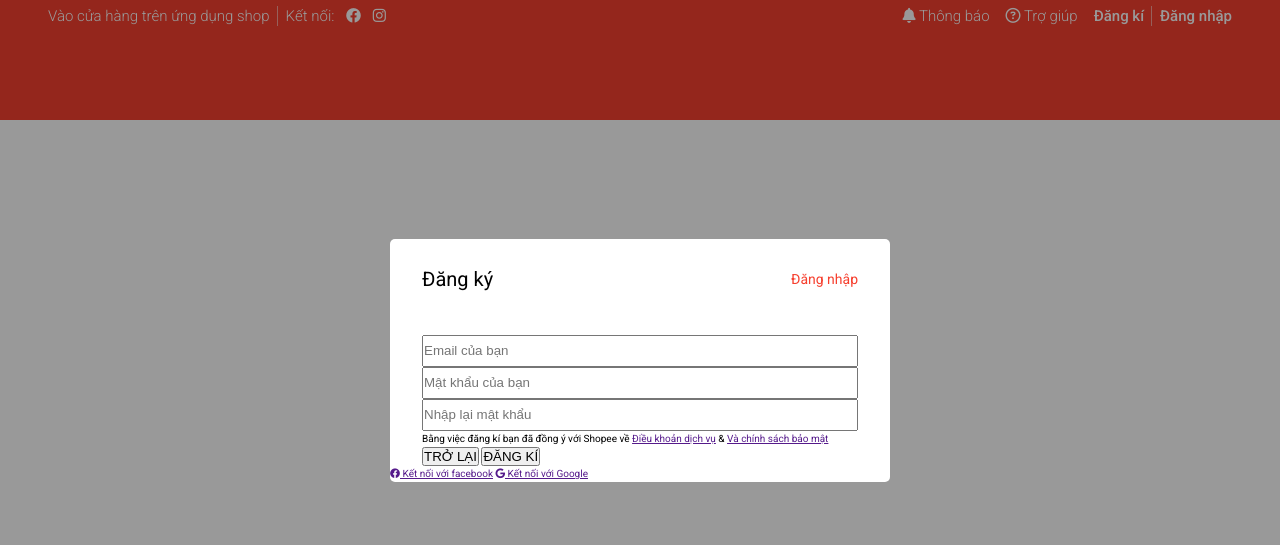
Repository: nguyenhoang2002062929/shoppee
Page: index.html
These files come from the project's save history. The page is drawn as it stood at one moment and after the next save; the edit follows.
The browser window is 1280 px wide. The pictures show the whole page.

Above is the page before, as saved 2023-06-20 10:25:15.

### index.html
<!DOCTYPE html>
<html lang="en">
<head>
    <meta charset="UTF-8">
    <meta name="viewport" content="width=device-width, initial-scale=1.0">
    <title>Document</title>

    <link rel="stylesheet" href="./assets/css/base.css">
    <link rel="stylesheet" href="./assets/css/main.css">
    <link href="https://fonts.googleapis.com/css2?family=Roboto:wght@100;300;400;500;700&display=swap" rel="stylesheet">
    <link rel="stylesheet" href="https://cdnjs.cloudflare.com/ajax/libs/font-awesome/6.4.0/css/all.min.css" integrity="sha512-iecdLmaskl7CVkqkXNQ/ZH/XLlvWZOJyj7Yy7tcenmpD1ypASozpmT/E0iPtmFIB46ZmdtAc9eNBvH0H/ZpiBw==" crossorigin="anonymous" referrerpolicy="no-referrer" />

</head>
<body>
    <div class="app">
        <!-- header -->
        <div class="header">
            <div class="gird">

                <nav class="header__nav">
                    <ul class="header__nav-list">
                        <li class="header__nav-item header__nav-item--separate header__nav-item--hover-qr ">Vào cửa hàng trên ứng dụng shop
                            <!-- header qr code -->
                            <div class="header__qr-code">
                                <img src="./assets/img/qr_code.png" alt="" class="header__qr-code-img">
                                <div class="header__qr-code-app">
                                    <img src="./assets/img/googplay.png" alt="" class="header__app">
                                    <img src="./assets/img/appStore.png" alt="" class="header__app">
                                </div>
                            </div>
                        </li>
                        <li class="header__nav-item">
                            <span>Kết nối:</span>
                            <a href="" class="header_nav-item-icon"> <i class="fab fa-facebook"></i></a>
                            <a href="" class="header_nav-item-icon"> <i class="fab fa-instagram"></i></a>
                        </li>
                    </ul>

                    <ul class="header__nav-list">
                        <li class="header__nav-item header__nav-item--notify "><a class="header__nav-item-link" href=""><i class="fas fa-bell"></i> Thông báo</a>
                           <!-- notify -->
                           <div class="header__notify">
                                <div class="header__notify-header">
                                    <h3 class="notify__title">Thông Báo Mới Nhận</h3>
                                </div>
                                <ul class="notify__list">
                                    <li class="notify__list-item notify__list-item--view">
                                        <img src="https://cf.shopee.vn/file/d52c8e2d6975e3175edda97f317e21cb_tn" alt="" class="notify__list-item-img">
                                        <div class="notify__list-item-text">
                                            <p class="notify__list-item-text-big">Nhanh tay săn ngay mỹ phẩm F8 vào ngày 8/3 để nhận nhiều ưu đãi</p>
                                            <p class="notify__list-item-text-small">Thương hiệu mỹ phẩm đến từ F8, sáng mịn da tự tin ra đường bảo đảm trai bu như kiến hiện đang giảm giá 99% chỉ còn 1k</p>
                                        </div>
                                    </li>
                                    <li class="notify__list-item">
                                        <img src="https://cf.shopee.vn/file/d52c8e2d6975e3175edda97f317e21cb_tn" alt="" class="notify__list-item-img">
                                        <div class="notify__list-item-text">
                                            <p class="notify__list-item-text-big">Nhanh tay săn ngay mỹ phẩm F8 vào ngày 8/3 để nhận nhiều ưu đãi</p>
                                            <p class="notify__list-item-text-small">Thương hiệu mỹ phẩm đến từ F8, sáng mịn da tự tin ra đường bảo đảm trai bu như kiến hiện đang giảm giá 99% chỉ còn 1k</p>
                                        </div>
                                    </li>
                                    <li class="notify__list-item">
                                        <img src="https://cf.shopee.vn/file/d52c8e2d6975e3175edda97f317e21cb_tn" alt="" class="notify__list-item-img">
                                        <div class="notify__list-item-text">
                                            <p class="notify__list-item-text-big">Nhanh tay săn ngay mỹ phẩm F8 vào ngày 8/3 để nhận nhiều ưu đãi</p>
                                            <p class="notify__list-item-text-small">Thương hiệu mỹ phẩm đến từ F8, sáng mịn da tự tin ra đường bảo đảm trai bu như kiến hiện đang giảm giá 99% chỉ còn 1k</p>
                                        </div>
                                    </li>
                                    <li class="notify__list-item notify__list-item--view">
                                        <img src="https://cf.shopee.vn/file/d52c8e2d6975e3175edda97f317e21cb_tn" alt="" class="notify__list-item-img">
                                        <div class="notify__list-item-text">
                                            <p class="notify__list-item-text-big">Nhanh tay săn ngay mỹ phẩm F8 vào ngày 8/3 để nhận nhiều ưu đãi</p>
                                            <p class="notify__list-item-text-small">Thương hiệu mỹ phẩm đến từ F8, sáng mịn da tự tin ra đường bảo đảm trai bu như kiến hiện đang giảm giá 99% chỉ còn 1k</p>
                                        </div>
                                    </li>
                                </ul>
                                <div class="header__notify-footer">Xem tất cả</div>
                            </div>
                        </li>
                        <li class="header__nav-item"><a class="header__nav-item-link" href=""><i class="far fa-question-circle"></i> Trợ giúp</a></li>
                        <li class="header__nav-item header__nav-item--strong header__nav-item--separate">Đăng kí</li>
                        <li class="header__nav-item header__nav-item--strong">Đăng nhập</li>
                    </ul>
                </nav>
            </div>
        </div>

        <!-- container -->
        <div class="container">

        </div>

        <!-- footer -->
        <div class="footer">

        </div>
    </div>

    <!-- modal layout -->
    <div class="modal">
        <div class="modal__overlay"></div>
        <div class="modal__body">
                <!-- Authen form -->
            <div class="auth-form">
                <div class="auth-form__container">
                    <div class="auth-form__header">
                        <h3 class="auth-form__heading">Đăng ký</h3>
                        <span class="auth-form__switch-btn">Đăng nhập</span>
                    </div>
                    <div class="auth-form__form">
                        <div class="auth-form__group">
                            <input type="text" class="auth-form__input" placeholder="Email của bạn">
                        </div>
                        <div class="auth-form__group">
                            <input type="password" class="auth-form__input" placeholder="Mật khẩu của bạn">
                        </div>
                        <div class="auth-form__group">
                            <input type="password" class="auth-form__input" placeholder="Nhập lại mật khẩu">
                        </div>
                    </div>

                    <div class="auth-form__aside">
                        <p class="auth-form__policy-text">Bằng việc đăng kí bạn đã đồng ý với Shopee về
                            <a href="" class="auth-form__policy-link">Điều khoản dịch vụ</a> & <a href="" class="auth-form__policy-link">Và chính sách bảo mật</a>
                        </p>
                    </div>
                <div class="auth-form__controls">
                        <button class="btn">TRỞ LẠI</button>
                        <button class="btn btn--primary">ĐĂNG KÍ</button>
                </div>
                </div>
            <div class="auth-form__social">
                <a href="" class="btn btn--with-icon"><i class="fa-brands fa-facebook"></i> Kết nối với facebook</a>
                <a href="" class="btn btn--with-icon"><i class="fa-brands fa-google"></i> Kết nối với Google</a>
            </div>
            </div>

        </div>
    </div>
</body>
</html>

### assets/css/base.css
:root{
    --white-color: #fff;
    --black-color: #000;
    --text-color: #333;
    --color-main: #f63f2e;
}
*{
    box-sizing: inherit;
    margin: 0;
    padding: 0;
}
html{
    font-size: 62.5%;
    line-height: 1.6rem;
    font-family: 'Roboto', sans-serif;
    box-sizing: border-box;
}
.gird{
    width: 1200px;
    max-width: 1200px;
    margin: 0 auto;
}
.gird__full-width{
    width: 100%;
}
.gird__row{
    display: flex;
    flex-wrap: wrap;
}

### assets/css/main.css

.header{
    width: 100%;
    height: 120px;
    background-color: #f63f2e;
}
.header__nav{
    display: flex;
    justify-content: space-between;

}
.header__nav-list{
    display: flex;
}
.header__nav-item{
    position: relative;
    display: block;
    font-size: 15px;
    color:  var(--white-color);
    text-decoration: none;
    list-style-type: none;
    font-weight: 300;
    margin: 0px 8px;
    cursor: pointer;
    padding: 8px 0;
}
.header_nav-item-icon{
    text-decoration: none;
    color: var(--white-color);
    margin-left: 8px;
}
.header__nav-item-link{
    text-decoration: none;
    color: var(--white-color);
}
.header__nav-item--strong{
    font-weight: 500;
}
.header__nav-item--separate::after{
    content: "";
    height: 20px;
    color: #fff;
    opacity: 0.5;
    border-left: 1px solid #fff;
    position: absolute;
    top: 50%;
    right: -8px;
    transform: translateY(-50%);
}
.header_nav-item-icon:hover,
.header__nav-item:hover,
.header__nav-item-link:hover{
    color: rgba(255, 255, 255, 0.7);
}
.header__nav-item span{
    cursor: default;
    color: var(--white-color);
}
/* <!-- header qr code --> */
.header__qr-code{
    position: absolute;
    width: 186px;
    background-color: var(--white-color);
    left: 0;
    padding: 8px;
    display: none;
    margin-top: 8px;
    animation: inFace ease 0.4s;
}
.header__qr-code-img{
    width: 100%;
}
.header__qr-code-app{
    display: flex;
    justify-content: space-evenly;
}
.header__app{
    height: 16px;
}
.header__nav-item--hover-qr:hover .header__qr-code{
    display: block;
}
@keyframes inFace{
    from{
        opacity: 0;
    }
    to{
        opacity: 1;
    }
}
/* notify */
.header__notify{
    position: absolute;
    width: 404px;
    background-color: #fff;
    right: 0;
    top: 100%;
    border: 1px solid #ddd;
    border-radius: 2px;
    display: none;
    transform-origin: 90% top;
    animation: headerNotify ease-in 0.2s;
    will-change: opacity , transform;
}
@keyframes headerNotify{
    from{
        opacity: 0;
        transform: scale(0);
    }
    to{
        opacity: 1;
        transform: scale(1);
    }
}
.header__notify::before{
    position: absolute;
    content: "";
    border-width: 20px 35px;
    border-style: solid;
    border-color: transparent transparent #fff transparent;
    top: -28px;
    right: 12px;
}
.header__notify-header{
    display: block;
}
.notify__title{
    color:#333;
    font-weight: 300;
    font-size: 1.5rem;
    padding: 8px;
}
.notify__list{
}
.notify__list-item{
    position: relative;
    display: flex;
    color: #000;
    padding-bottom: 8px;
    padding-top: 8px;
}
.notify__list-item-img{
    top: 0;
    width: 48px;
    align-self: flex-start;
    padding: 2px 8px;
    display: inline;
}
.notify__list-item-text-big{
    font-size: 16px;
    font-weight: 400;
    text-overflow: 2px;
    line-height: 1.5;
}
.notify__list-item-text-small{
    font-size: 12px;
    font-weight: 300;
    color: #333;
    margin-top: 4px;
    line-height: 1.4;
}

.header__notify-footer{
    color: #333;
    text-align: center;
    padding: 8px 0;
    display: block;
}
.notify__list-item--view{
    background-color: rgba(239, 187, 176, 0.2)
}
.header__nav-item--notify:hover .header__notify {
    display: block;
}
.notify__list-item--view:hover{
    background-color: #ddd;
}
/* modal-overlay */
.modal{
    position: absolute;
    top: 0;
    bottom: 0;
    right: 0;
    left: 0;
    display: flex;
}
.modal__overlay{
    position: absolute;
    width: 100%;
    height: 100%;
    background-color:rgba(0, 0, 0, 0.4);
}
.modal__body{
    background-color: #fff;
    z-index: 1;
    margin: auto;
    border-radius: 5px;
}
/* authen form */
.auth-form{
    width: 500px;
}
.auth-form__container{
    padding: 0 32px;
}
.auth-form__header{
    display: flex;
    justify-content: space-between;
    padding: 32px 0;
}
.auth-form__heading{
    font-size: 2rem;
    font-weight: 400;
    color: var(--test-color);
}
.auth-form__switch-btn{
    font-size: 1.4rem;
    color: var(--color-main);
    font-weight: 400;
}
.auth-form__form{
    margin-top: 16px;
}
.auth-form__input{
    width: 100%;
    height: 32px;
}

After the next save:
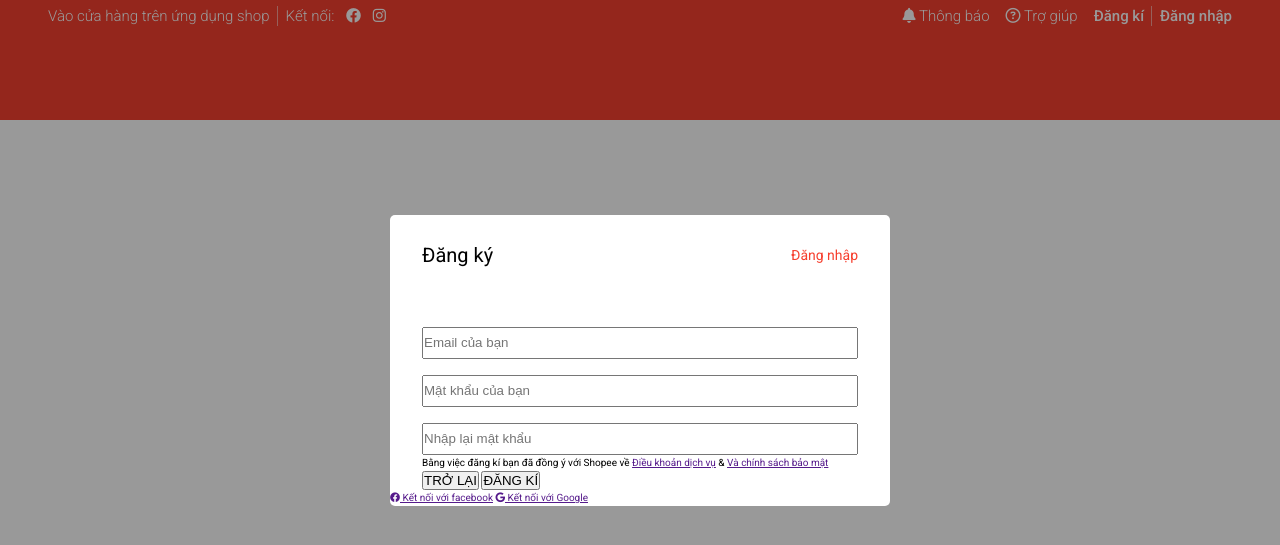
Saved 21 s later.
--- a/assets/css/main.css
+++ b/assets/css/main.css
@@ -224,4 +224,6 @@
 .auth-form__input{
     width: 100%;
     height: 32px;
-}
+    margin-top: 16px;
+
+}
